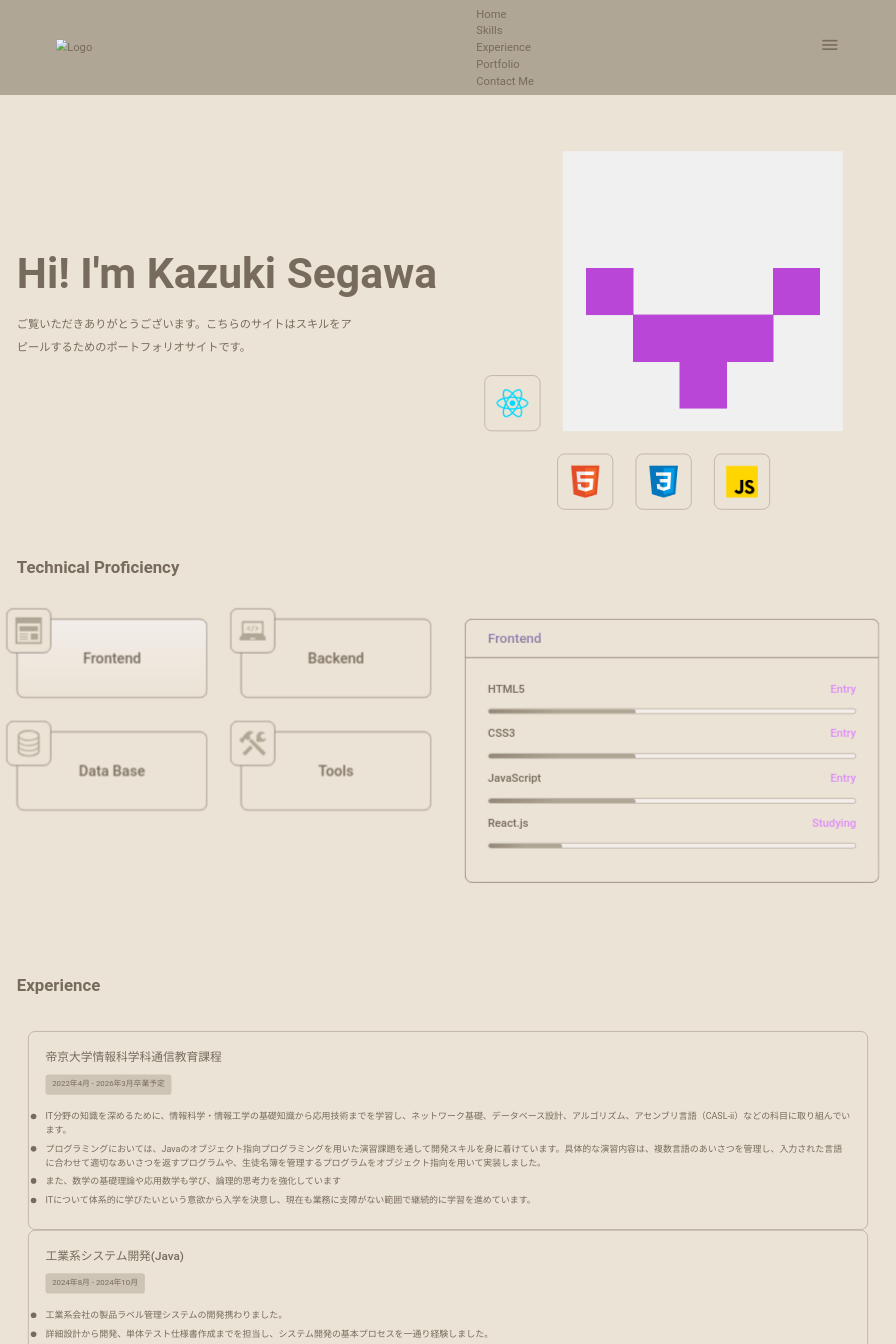
Repository: segawa74/SegawaSite
Page: /
An editor plug-in stored every save of this project. The page is shown before and after the next save, followed by the edit.
The browser window is 1280 px wide. The pictures show the part of the page from y = 0 to 1920 px (the page is 3141 px tall before and 3045 px after), at 70% of full size.
The project was rebuilt for these pictures with package versions that can differ from the ones it lists, and the page was loaded fresh each time. Also part of the build but not shown: vite.config.ts, src/components/Navbar/Navbar.css.

Above is the page before, as saved 2024-10-23 18:20:56.

After the next save:
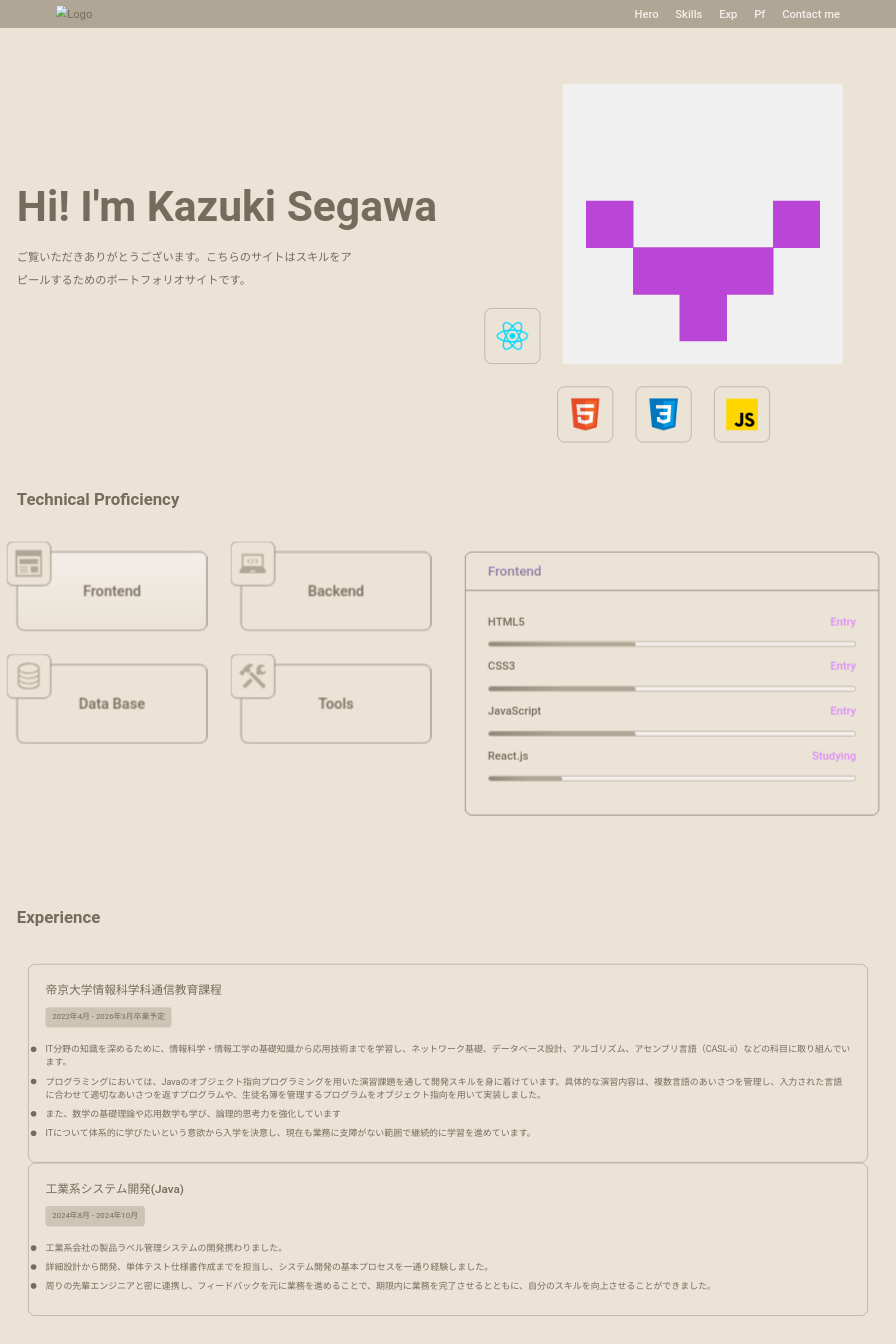
Saved 26 s later.
--- a/src/components/Navbar/Navbar.tsx
+++ b/src/components/Navbar/Navbar.tsx
@@ -1,5 +1,4 @@
 import { useState } from "react";
-import "./Navbar.css";
 import MobileNav from "./MobileNav/MobileNav";
 import { Link } from "react-scroll";
 
@@ -18,78 +17,28 @@ const NavBar: React.FC = () => {
         <div className="max-w-6xl mx-auto flex items-center justify-between px-4">
           <img className="w-48 h-auto" src="" alt="Logo" />
 
-          <ul>
-            <li>
-              <Link
-                activeClass="active"
-                to="hero"
-                smooth
-                spy
-                offset={-80}
-                className="menu-item"
-              >
-                Home
-              </Link>
-            </li>
-
-            <li>
-              <Link
-                activeClass="active"
-                to="skills"
-                smooth
-                spy
-                offset={-120}
-                className="menu-item"
-              >
-                Skills
-              </Link>
-            </li>
-
-            <li>
-              <Link
-                activeClass="active"
-                to="exp"
-                smooth
-                spy
-                offset={-100}
-                className="menu-item"
-              >
-                Experience
-              </Link>
-            </li>
-
-            <li>
-              <Link
-                activeClass="active"
-                to="pf"
-                smooth
-                spy
-                offset={-100}
-                className="menu-item"
-              >
-                Portfolio
-              </Link>
-            </li>
-
-            <li>
-              <Link
-                activeClass="active"
-                to="contact-me"
-                smooth
-                spy
-                offset={-100}
-                className="menu-item"
-              >
-                Contact Me
-              </Link>
-            </li>
+          <ul className="hidden md:flex items-center space-x-6">
+            {["hero", "skills", "exp", "pf", "contact-me"].map((section) => (
+              <li key={section}>
+                <Link
+                  to={section}
+                  smooth
+                  spy
+                  offset={-80}
+                  className="text-[#F3EEEA] text-base font-medium relative cursor-pointer after:block after:content-[''] after:w-0 after:h-0.5 after:bg-gradient-to-r after:from-[#B0A695] after:to-[#776B5D] after:absolute after:bottom-[-0.25rem] after:transition-all after:duration-300 hover:after:w-full"
+                >
+                  {section.charAt(0).toUpperCase() +
+                    section.slice(1).replace("-", " ")}
+                </Link>
+              </li>
+            ))}
           </ul>
 
-          <button className="menu-btn" onClick={toggleMenu}>
-            <span
-              className={"material-symbols-outlined"}
-              style={{ fontSize: "1.8rem" }}
-            >
+          <button
+            className="w-10 h-10 flex items-center justify-center border-none rounded-md text-white bg-gradient-to-r from-[#EBE3D5] to-[#B0A695] hover:bg-[#EBE3D5] transition-all duration-300 md:hidden"
+            onClick={toggleMenu}
+          >
+            <span className="material-symbols-outlined text-2xl">
               {openMenu ? "close" : "menu"}
             </span>
           </button>
